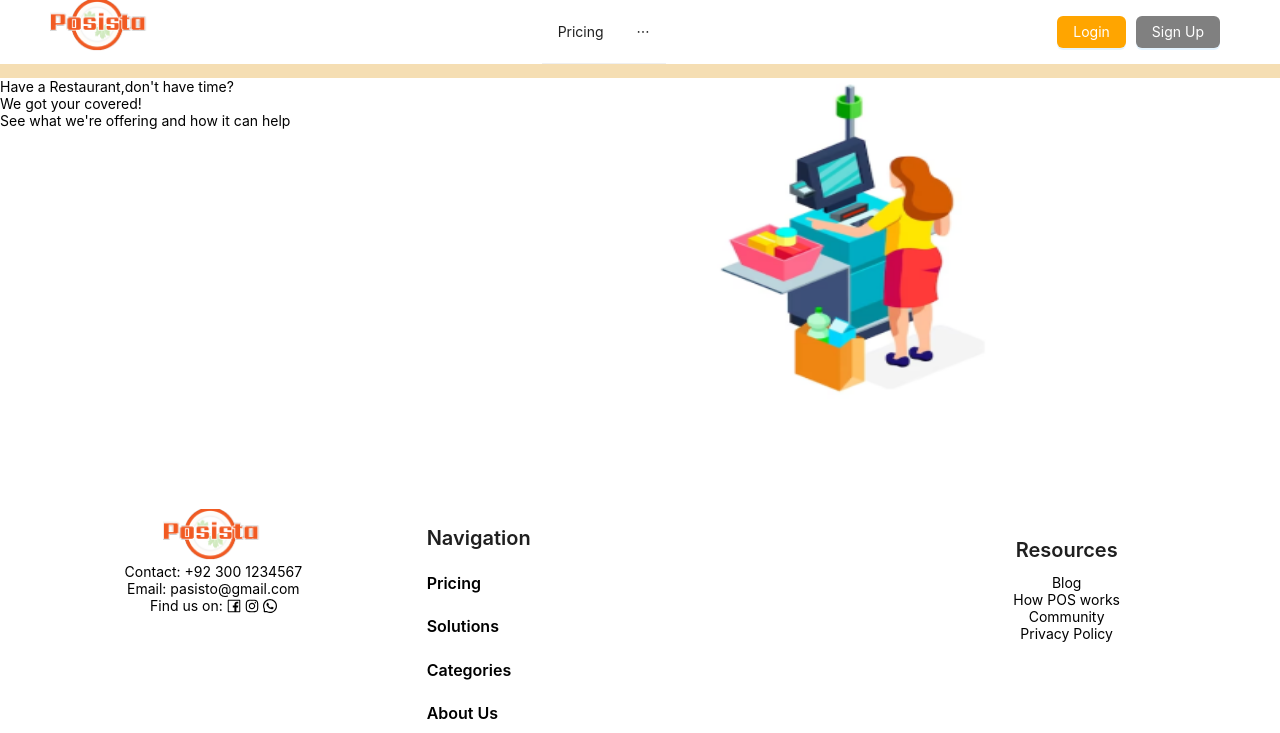
Repository: usmanarshad90/Posista
Page: / (app in test/)
These files come from the project's save history. The page is drawn as it stood at one moment and after a run of saves; the edit follows.
The browser window is 1280 px wide. The pictures show the whole page.
The project was rebuilt for these pictures with package versions that can differ from the ones it lists, and the page was loaded fresh each time. Also part of the build but not shown: test/src/components/Pricing/Pricing.jsx, test/src/components/Solution/Solutions.jsx, test/src/components/About/AboutUs.jsx, test/src/components/login/login.jsx, test/src/components/signup/signup.jsx.

Above is the page before, as saved 2023-11-28 14:47:01.

### test/public/index.html
<!DOCTYPE html>
<html lang="en">
  <head>
    <meta charset="utf-8" />
    <link rel="icon" href="%PUBLIC_URL%/favicon.ico" />
    <meta name="viewport" content="width=device-width, initial-scale=1" />
    <meta name="theme-color" content="#000000" />
    <meta
      name="description"
      content="Web site created using create-react-app"
    />
    <link rel="apple-touch-icon" href="%PUBLIC_URL%/logo192.png" />

    <link rel="manifest" href="%PUBLIC_URL%/manifest.json" />

    <title>Posisto</title>
  </head>
  <body>
    <noscript>You need to enable JavaScript to run this app.</noscript>
    <div id="root"></div>



  </body>
</html>

### test/src/index.css
body {
  margin: 0;
  font-family: -apple-system, BlinkMacSystemFont, 'Segoe UI', 'Roboto', 'Oxygen',
    'Ubuntu', 'Cantarell', 'Fira Sans', 'Droid Sans', 'Helvetica Neue',
    sans-serif;
  -webkit-font-smoothing: antialiased;
  -moz-osx-font-smoothing: grayscale;
}

code {
  font-family: source-code-pro, Menlo, Monaco, Consolas, 'Courier New',
    monospace;
}
.background{
  background-image: url("./images/background.jpg")!important;

}



/* .container{
  max-width: 1000px;
  margin: auto;
  width: 100%;
  padding-inline: 1rem;
  padding-block:5rem;

} */

### test/src/App.js
import {BrowserRouter  as Router , Routes , Route} from 'react-router-dom'
import Home from './components/Home/Home';

import Pricing from './components/Pricing/Pricing';
import Solutions from './components/Solution/Solutions';
import AboutUs from './components/About/AboutUs';
import Login from './components/login/login';
import SignUp from './components/signup/signup';


function App() {
  return (
    <Router>
    {/* if i can do it like this all pages come on the header */}

      <Routes>

        {/* if i can do it like this header individually come on the each page*/}

        <Route path="/" element={< Home/>} />
        <Route path="/login" element={<Login/>}/>
        <Route path="/signup" element={<SignUp/>} />

        <Route path="/pricing" element={< Pricing/>} />
        <Route path="/solution" element={< Solutions/>} />
        <Route path="/about" element={<AboutUs/>} />

        </Routes>
        {/* for footer i can call here */}

        </Router>
  );
}

export default App;

### test/src/components/Home/Home.jsx
import React from 'react'
import PageHeader from '../PageHeader/PageHeader'
import HeroSection from '../HeroSection/HeroSection'
import PageFooter from '../Footer/Footer'

const Home = () => {
  return (
    <>
    <PageHeader/>
    <HeroSection/>



    <PageFooter/>

    </>
  )
}

export default Home

### test/src/components/PageHeader/PageHeader.jsx
import React from 'react'
import { Layout, Menu, Button, Row, Col } from 'antd';
import { Link } from 'react-router-dom';
import logoimage from '../../images/posistologo.png'
import {HomeOutlined, UserOutlined,SettingOutlined,} from '@ant-design/icons';

const { Header } = Layout;
const PageHeader = () => {
  return (
    <Row>
      <Col lg={24} xl={24} md={12} xs={4} >
    <Layout className="layout">
    <Header style={{ display: 'flex', justifyContent: 'space-between' ,backgroundColor: 'white' }}>
      <div className="logo" >

      <Link to={'/'}><img src={logoimage} alt="" width="100px"  /></Link>
        </div>
      <Menu  mode="horizontal" style={ {color:'black',backgroundColor: 'transparent'}} >
        <Link to={'/pricing'} ><Menu.Item key="1" >Pricing</Menu.Item></Link>


        <Link to={'/solution'} ><Menu.Item key="2" >Solutions</Menu.Item></Link>

        <Link to={'/about'} ><Menu.Item key="3" >About Us</Menu.Item></Link>
      </Menu>

      <div>

        <Link to="/login"><Button type="primary" style={{ marginRight: '10px', backgroundColor: 'orange' }}>Login</Button>
        </Link>
        <Link to="/signup"><Button type="primary" style={{ marginRight: '10px', backgroundColor: 'grey' }}>Sign Up</Button></Link>
      </div>




    </Header>
  </Layout>
  </Col>
  </Row>
  )
}

export default PageHeader;

### test/src/components/HeroSection/HeroSection.jsx
import React from 'react'
import { Row,Col,Image,Divider} from 'antd';

import image from '../../images/design.png'

const HeroSection = () => {




      const DemoBox = (props) => <p className={`height-${props.value}`}>{props.children}</p>;
  return (
    <>
    <Row  >
      <Col  lg={{ span:24, order: 1 }} md={24} xs={24} xl={24} xxl={24}  style={{background:'wheat'}}>
      <DemoBox value={'100%'}> </DemoBox>
        </Col>

    <Col lg={{ span: 12, order: 2 }} md={8} xs={4} xl={12}>

    <div   >

         Have a Restaurant,don't have time? <br />
         We got your covered! <br/>

         <div   >See what we're offering and how it can help <br />


         </div>
    </div>
    </Col>
    <Col lg={{ span: 12, order: 3 }}md={8} xs={4} xl={12}>
    <Image width={'70%'} preview={false} height={'90%'} src={image} alt="#" />

    </Col>
   </Row>
   </>
  )
}

export default HeroSection

### test/src/components/Footer/Footer.jsx
import React from 'react';
import { Layout, Menu, Row, Col, Typography } from 'antd';
import { Link } from 'react-router-dom';
import logoimage from '../../images/posistologo.png';
import { FacebookOutlined, InstagramOutlined, WhatsAppOutlined } from '@ant-design/icons';

const Footer = () => {
  const style = {
    padding: '12px',
    textAlign: 'center', // Center text within each column
  };

  return (
    <Row>
      <Col lg={{ span: 8, order: 1 }} md={6} xs={4} xl={8} xxl={8} style={style}>
        <div className="logo">
          <Link to={'/'}>
            <img src={logoimage} alt="" width="100px" />
          </Link>
        </div>
        <div>Contact: +92 300 1234567</div>
        <div>Email: pasisto@gmail.com</div>
        <div>
          Find us on: <FacebookOutlined /> <InstagramOutlined /> <WhatsAppOutlined />
        </div>
      </Col>

      <Col lg={{ span: 8, order: 1 }} md={6} xs={4} xl={8} xxl={8} >
        <Typography.Title level={4} >Navigation </Typography.Title>
        <Typography.Title level={5}>
          <Link to={'/pricing'} style={{ color: 'black' }}>
            Pricing
          </Link>{' '}
        </Typography.Title>
        <Typography.Title level={5}>
          <Link to={'/solution'} style={{ color: 'black' }}>
            Solutions
          </Link>
        </Typography.Title>
        <Typography.Title level={5}>
          <Link to={'/about'} style={{ color: 'black' }}>
            Categories
          </Link>
        </Typography.Title>
        <Typography.Title level={5}>
          <Link to={'/about'} style={{ color: 'black' }}>
            About Us
          </Link>
        </Typography.Title>
      </Col>

      <Col lg={{ span: 8, order: 1 }} md={6} xs={4} xl={8} xxl={8} style={style}>
        <Typography.Title level={4}>Resources</Typography.Title>
        <div>Blog</div>
        <div>How POS works</div>
        <div>Community</div>
        <div>Privacy Policy</div>
      </Col>
    </Row>
  );
};

export default Footer;

Loaded but not shown: test/src/index.js (common file)

After the next 3 saves:
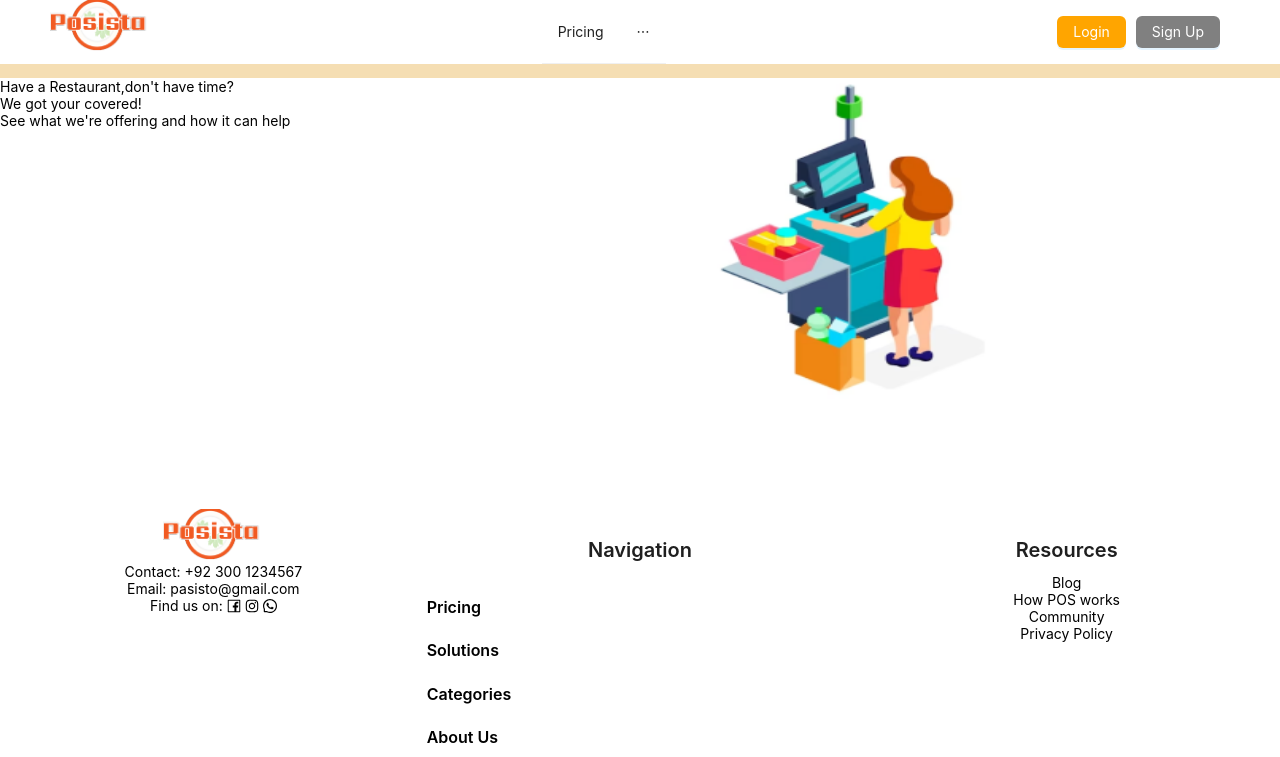
The 3 saves are shown as one change because they came seconds apart.
The last was saved 12 s later.
--- a/test/src/components/Footer/Footer.jsx
+++ b/test/src/components/Footer/Footer.jsx
@@ -26,7 +26,7 @@ const Footer = () => {
       </Col>
 
       <Col lg={{ span: 8, order: 1 }} md={6} xs={4} xl={8} xxl={8} >
-        <Typography.Title level={4} >Navigation </Typography.Title>
+        <Typography.Title level={4} style={style}>Navigation </Typography.Title>
         <Typography.Title level={5}>
           <Link to={'/pricing'} style={{ color: 'black' }}>
             Pricing
